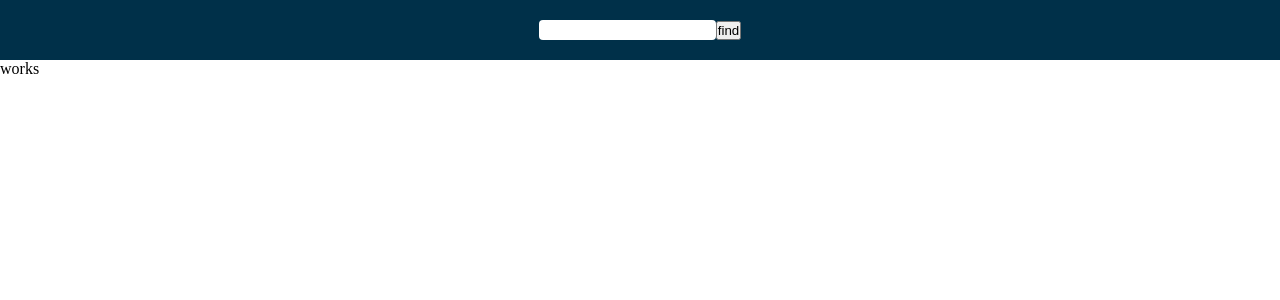
Repository: rutsguifd/uni
Page: / (app in filmhub-react/)
The author's editor kept a copy of each file at every save. The page is drawn from the files as they stood at one save, then again after the next save.
The browser window is 1280 px wide. The pictures show the whole page.
The project was rebuilt for these pictures with package versions that can differ from the ones it lists, and the page was loaded fresh each time.

Above is the page before, as saved 2022-04-13 01:15:44.

After the next save:
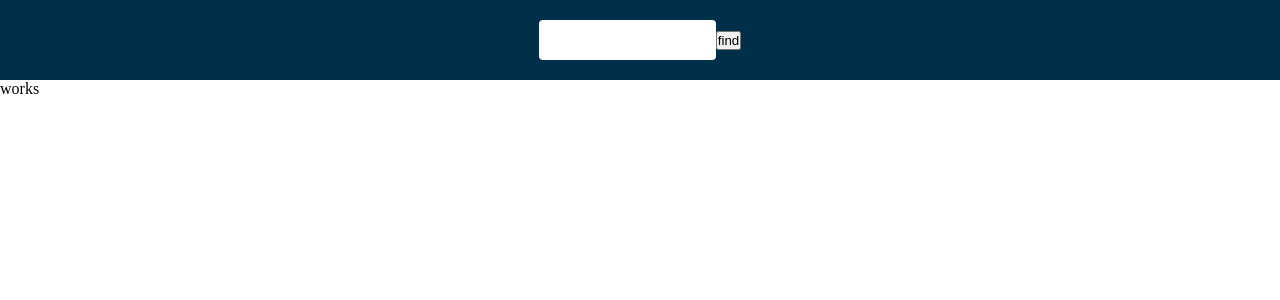
Saved 34 s later.
--- a/filmhub-react/src/components/UI/MyInput/MyInput.module.scss
+++ b/filmhub-react/src/components/UI/MyInput/MyInput.module.scss
@@ -1,5 +1,5 @@
 .input{
-    height: 1.5em;
+    height: 40px;
     border-radius: 4px;
     border: none;
     &:focus{
